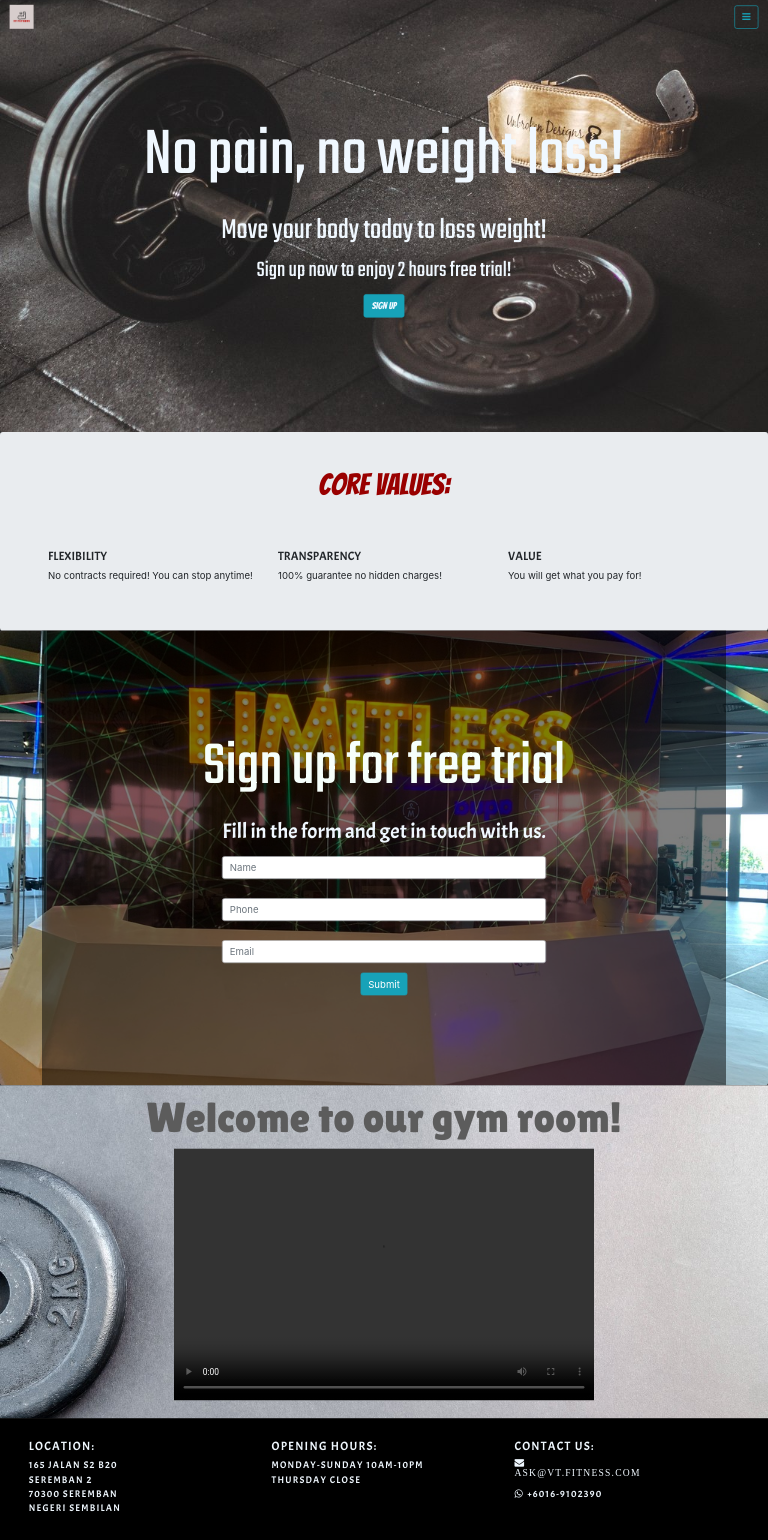
Repository: Code-Institute-Submissions/Project-One-6
Page: index.html
The author's editor kept a record of every edit. The page is drawn from the files as they stood at one moment, then again after the next edit.
The browser window is 1280 px wide. The pictures show the whole page, at 60% of full size.
Pictures or frames that could not be fetched are drawn as grey boxes. Some web libraries are served in a nearby version.

Above is the page before.

### index.html
<!DOCTYPE html>
<html lang="en">

<head>
    <meta charset="UTF-8">
    <meta name="viewport" content="width=device-width, initial-scale=1.0">
    <meta http-equiv="X-UA-Compatible" content="ie=edge">
    <link rel="stylesheet" href="https://stackpath.bootstrapcdn.com/bootstrap/4.3.1/css/bootstrap.min.css" type="text/css" />
    <script src="https://ajax.googleapis.com/ajax/libs/jquery/3.2.1/jquery.min.js"></script>
    <script src="https://cdnjs.cloudflare.com/ajax/libs/popper.js/1.12.6/umd/popper.min.js"></script>
    <script src="https://maxcdn.bootstrapcdn.com/bootstrap/4.0.0/js/bootstrap.min.js"></script>
    <link rel="stylesheet" href="https://stackpath.bootstrapcdn.com/font-awesome/4.7.0/css/font-awesome.min.css" type="text/css" />
    <link rel="stylesheet" href="https://cdnjs.cloudflare.com/ajax/libs/hover.css/2.3.1/css/hover.css" type="text/css" />
    <link rel="stylesheet" href="style.css" type="text/css" />
    <title>VT Fitness</title>
</head>

<body>
    <header>
        <nav class="navbar navbar-light fixed-top">
            <div>
                <img class="logo" src="images/logo.jpg" />
            </div>
            <div>
                    <button type="button" class="btn btn-outline-info" class="navbar-toggle" data-toggle="collapse" data-target="#mynavbar" aria-controls="mynavbar" aria-expanded="false" aria-label="Toggle navigation">
                    <span class="icon-bar"><i class="fa fa-bars"></i></span>
                    </button>
                </div>
                <div class="collapse navbar-collapse" id="mynavbar">
                    <ul class="nav navbar-nav mr-auto">
                        <li><a class="dropdown-item" href="index.html">Home</a></li>
                        <li><a class="dropdown-item" href="membership.html">Membership</a></li>
                        <li><a class="dropdown-item" href="classes.html">Classes</a></li>
                    </ul>
                </div>
            </div>
        </nav>
    </header>
    <section>
        <div class="jumbotron" id="workout">
            <div class="vertical-center">
                <p class="banner-slogan">No pain, no weight loss!</p>
                <p class="banner-title">Move your body today to loss weight!</p>
                <p class="banner-quote">Sign up now to enjoy 2 hours free trial!</p>
                <p><button class="btn btn-info"><a href="#signup">Sign Up</a></button></p>
            </div>
        </div>
    </section>
    <section class="jumbotron core-value">
        <div class="container-fluid">
            <p class="cv-title">Core Values:</p>
        </div>
        <div class="row">
            <div class="col-md-4">
                <h5>Flexibility</h5>
                <p>No contracts required! You can stop anytime!</p>
            </div>
            <div class="col-md-4">
                <h5>Transparency</h5>
                <p>100% guarantee no hidden charges!</p>
            </div>
            <div class="col-md-4">
                <h5>Value</h5>
                <p>You will get what you pay for!</p>
            </div>
        </div>
    </section>
    <section>
        <div class="jumbotron" id="signup">
            <div class="container signup-form">
                <div>
                    <p class="title">Sign up for free trial</p>
                    <p class="quote">Fill in the form and get in touch with us.</p>
                </div>
                <form class="row">
                    <div class="col-xs-12 col-md-6 offset-md-3 py-3">
                        <input type="text" class="form-control" id="exampleInputname" name="name" placeholder="Name" required>
                    </div>
                    <div class="col-xs-12 col-md-6 offset-md-3 py-3">
                        <input type="text" class="form-control" id="exampleInputphone" name="phone" placeholder="Phone" required>
                    </div>
                    <div class="col-xs-12 col-md-6 offset-md-3 py-3">
                        <input type="text" class="form-control" id="exampleInputemail" name="email" placeholder="Email">
                    </div>
                    <div class="col-xs-12 col-md-6 offset-md-3">
                        <input type="submit" value="Submit" class="btn btn-info">
                    </div>
                </form>
            </div>
        </div>
    </section>
    <section class="d-none d-md-block video">
        <div>
            <div>
                <p class="video-title">Welcome to our gym room!</p>
            </div>
            <div>
                <video style="display:block; margin: 0 auto; padding-bottom: 30px;" width="700" height="450" controls source src="images/VT-Fitness.mp4" type="video/mp4" />
            </div>
        </div>
    </section>
    <footer class="container-fluid px-5 py-4">
        <div class="row">
            <div id="footer-detail" class="col-sm-4 cap">
                <h5 class="inline-block">Location:</h5>
                <p>165 Jalan S2 B20
                    <br>Seremban 2
                    <br>70300 Seremban
                    <br>Negeri Sembilan</p>
            </div>
            <div id="footer-detail" class="col-sm-4 cap">
                <h5 class="inline-block">Opening Hours:</h5>
                <p>Monday-Sunday 10am-10pm
                    <br>Thursday Close
                </p>
            </div>
            <div id="footer-detail" class="col-sm-4 cap">
                <h5 class="inline-block">Contact Us:</h5>
                <ul class="list-inline social">
                    <li>
                        <i class="fa fa-envelope" aria-hidden="true">
                        <p>ask@vt.fitness.com</p>
                        </i>
                    </li>
                    <li>
                        <i class="fa fa-whatsapp" aria-hidden="true">
                        <span>+6016-9102390</span>
                        </i>
                    </li>
                </ul>
            </div>
        </div>
    </footer>
</body>

</html>

### style.css
@import url('https://fonts.googleapis.com/css?family=Acme|Bangers|Lilita+One|Pacifico|Teko&display=swap');

/*-------------------------------------Header------------------------------------*/

header {
    margin: 0;
}

body {
    background-color: #323232;
}

/*-------------------------------------Nav Bar------------------------------------*/

.logo {
    width: 40px;
    height: 40px;
    float: left;
}

.dropdown-item {
    text-align: center;
    font-family: "Acme", sans-serif;
    color: #0080fe;
    width: 140px;
    background-color: rgba(0, 0, 0, 0.2);
    float: right;
}

.dropdown-item:hover {
    text-decoration: none;
    color: #f0f8ff;
    width: 150px;
    background-color: rgba(0, 0, 0, 0.7);
    float: right;
}

/*-----------------------------------Home page-----------------------------------*/

#workout {
    background-attachment: scroll;
    background-image: url('images/Workout.jpg');
    background-position: center;
    background-size: cover;
    background-repeat: no-repeat;
    height: 100vh;
    width: 100vw;
    margin-bottom: 0px;
    z-index: -1;
    padding: 0;
}

.vertical-center {
    margin: 0;
    position: absolute;
    top: 50%;
    left: 50%;
    transform: translate(-50%, -50%);
}

.banner-slogan {
    font-family: "teko", sans-serif;
    color: #f0f8ff;
    margin: 0;
    text-align: center;
}

.banner-title {
    font-family: "teko", sans-serif;
    color: #f0f8ff;
    margin: 0;
    text-align: center;
}

.banner-quote {
    font-family: "teko", sans-serif;
    color: #f0f8ff;
    margin-bottom: 10px;
    text-align: center;
}

@media only screen and (max-width: 576px) {
    .banner-slogan {
        font-size: 40px;
        width: 300px;
    }
    .banner-title {
        font-size: 20px;
        width: 300px;
    }
    .banner-quote {
        font-size: 15px;
        width: 300px;
    }
}

@media only screen and (min-width: 577px) and (max-width: 768px) {
    .banner-slogan {
        font-size: 70px;
        width: 500px;
    }
    .banner-title {
        font-size: 30px;
        width: 500px;
    }
    .banner-quote {
        font-size: 25px;
        width: 500px;
    }
}

@media only screen and (min-width: 769px) and (max-width: 992px) {
    .banner-slogan {
        font-size: 95px;
        width: 700px;
    }
    .banner-title {
        font-size: 40px;
        width: 700px;
    }
    .banner-quote {
        font-size: 32px;
        width: 700px;
    }
}

@media only screen and (min-width: 993px) {
    .banner-slogan {
        font-size: 115px;
        width: 850px;
    }
    .banner-title {
        font-size: 50px;
        width: 850px;
    }
    .banner-quote {
        font-size: 38px;
        width: 850px;
    }
}

.btn {
    margin: 0 auto;
    display: block;
}

.btn>a {
    font-family: "Bangers", sans-serif;
    color: #f0f8ff;
    text-transform: uppercase;
}

.btn>a:hover {
    text-decoration: none;
    color: #000000;
}

/*------------------------------------Core Value----------------------------------*/

h5 {
    text-transform: uppercase;
    font-family: "Acme", sans-serif;
}

.cv-title {
    text-align: center;
    font-family: "Bangers", sans-serif;
    color: #990000;
    font-size: 50px;
    margin-bottom: 70px;
    margin-top: 0;
}

.core-value {
    margin: 0;
    padding-top: 50px;
    padding-left: 80px;
    padding-right: 80px;
}

/*------------------------------------Sign Up------------------------------------*/

#signup {
    background-image: url('images/counter.jpg');
    background-size: cover;
    background-attachment: scroll;
    background-repeat: no-repeat;
    background-position: center;
    z-index: -1;
    margin: 0;
    padding: 0;
}

.signup-form {
    padding-top: 150px;
    padding-bottom: 150px;
    background-color: rgba(0, 0, 0, 0.5);
}

.title {
    font-family: "teko", sans-serif;
    color: #f6fffb;
    margin: 0 auto;
    text-align: center;
}

.quote {
    font-family: "Acme", sans-serif;
    color: #f0f8ff;
    text-align: center;
    margin: 0 auto;
}

@media only screen and (max-width: 576px) {
    .title {
        font-size: 50px;
        width: 300px;
    }
    .quote {
        font-size: 15px;
        width: 300px;
    }
}

@media only screen and (min-width: 577px) and (max-width: 768px) {
    .title {
        font-size: 70px;
        width: 500px;
    }
    .quote {
        font-size: 20px;
        width: 500px;
    }
}

@media only screen and (min-width: 769px) and (max-width: 992px) {
    .title {
        font-size: 90px;
        width: 700px;
    }
    .quote {
        font-size: 30px;
        width: 700px;
    }
}

@media only screen and (min-width: 993px) {
    .title {
        font-size: 105px;
        width: 850px;
    }
    .quote {
        font-size: 35px;
        width: 850px;
    }
}

/*-------------------------------------Video------------------------------------*/

.video {
    text-align: center;
    background-image: url('images/gym.jpg');
}

.video-title {
    font-family: "Lilita One", sans-serif;
    color: #5c5c5c;
    margin-bottom: 0px;
}

@media only screen and (min-width: 768px) and (max-width: 992px) {
    .video-title {
        font-size: 45px;
    }
}

@media only screen and (min-width: 993px) {
    .video-title {
        font-size: 70px;
    }
}

/*-------------------------------------Footer------------------------------------*/

footer {
    background-color: #000000;
    color: #f0f8ff;
    bottom: 0;
}

#footer-detail {
    font-size: 16px;
    font-weight: 100;
    font-family: "Acme", sans-serif;
    letter-spacing: 2px;
    color: #f0f8ff;
    margin-top: 10px;
}

.cap {
    text-transform: uppercase;
}

span {
    font-family: "Acme", sans-serif;
    font-size: 16px;
    font-weight: 100;
}

/*----------------------------------Membership----------------------------------*/

#membership {
    background-attachment: scroll;
    background-image: url('images/membership.jpg');
    background-position: center;
    background-size: cover;
    background-repeat: no-repeat;
    height: 100vh;
    width: 100vw;
    margin-bottom: 0px;
    z-index: -1;
}

.membership-title {
    font-family: "teko", sans-serif;
    color: #f0f8ff;
    text-align: center;
    margin: 0;
}

.membership-quote {
    font-family: "teko", sans-serif;
    color: #f0f8ff;
    text-align: center;
    margin: 0;
}

.package {
    margin-top: 40px;
    margin-bottom: 80px;
    text-align: center;
}

.slogan {
    font-family: "teko", sans-serif;
    color: #f6fffb;
    padding: 0;
    margin: 0;
}

.card-header {
    background-color: #ffffff;
    border-top: 5px solid #ba55d3;
    font-family: "acme", sans-serif;
    font-size: 25px;
    color: #7d1b7e;
}

.card-body {
    background-color: #e6e6fa;
}

.card-text {
    font-family: "acme", sans-serif;
    color: #1034a6;
    text-align: center;
}

.card-footer {
    background-color: #ffffff;
    font-family: "acme", sans-serif;
    font-size: 25px;
    color: #7d1b7e;
    padding: 5;
}

.slogan-text {
    font-family: "teko", sans-serif;
    font-size: 30px;
    color: #f6fffb;

}

@media only screen and (max-width: 576px) {
    .membership-title {
        font-size: 50px;
    }
    .membership-quote {
        font-size: 20px;
    }
    .slogan {
        font-size: 50px;
    }
    .slogan-text {
        font-size: 20px;
    }
    .card-footer {
        margin-bottom: 20px;
    }
}

@media only screen and (min-width: 577px) and (max-width: 768px) {
    .membership-title {
        font-size: 80px;
    }
    .membership-quote {
        font-size: 25px;
    }
    .slogan {
        font-size: 65px;
    }
    .slogan-text {
        font-size: 25px;
    }
    .card-footer {
        margin-bottom: 20px;
    }
}

@media only screen and (min-width: 769px) and (max-width: 992px) {
    .membership-title {
        font-size: 110px;
    }
    .membership-quote {
        font-size: 30px;
    }
    .slogan {
        font-size: 85px;
    }
    .slogan-text {
        font-size: 30px;
    }
}

@media only screen and (min-width: 993px) {
    .membership-title {
        font-size: 130px;
    }
    .membership-quote {
        font-size: 35px;
    }
    .slogan {
        font-size: 100px;
    }
    .slogan-text {
        font-size: 30px;
    }
}



/*----------------------------------Classes----------------------------------*/

#classes {
    background-attachment: scroll;
    background-image: url('images/class.jpg');
    background-position: center;
    background-size: cover;
    background-repeat: no-repeat;
    z-index: -1;
    padding: 0;
    margin: 0;
}

.schedule {
    padding-top: 150px;
    padding-bottom: 200px;
    background-color: rgba(0,0,0,0.4);
}

.card-body-class {
    background-color: #e6e6fa;
    margin-top: 50px;
    margin-bottom: 50px;
    border-radius: 5px;
    border-bottom: 5px solid #ba55d3;
}

.card-title {
    font-family: "acme", sans-serif;
    font-size: 35px;
    color: #7d1b7e;
    padding-left: 10px;
}

.text {
    font-family: "acme", sans-serif;
    font-size: 23px;
    color: #1034a6;
    padding-left: 10px;
}

@media only screen and (max-width: 576px) {
    .card-body-class {
        margin-top: 20px;
        margin-bottom: 20px;
    }
    .text {
    font-size: 18px;
    }
}

@media only screen and (min-width: 577px) and (max-width: 768px) {
    .card-body-class {
        margin-top: 20px;
        margin-bottom: 20px;
    }
    .text {
    font-size: 18px;
    }
}

After the next edit:
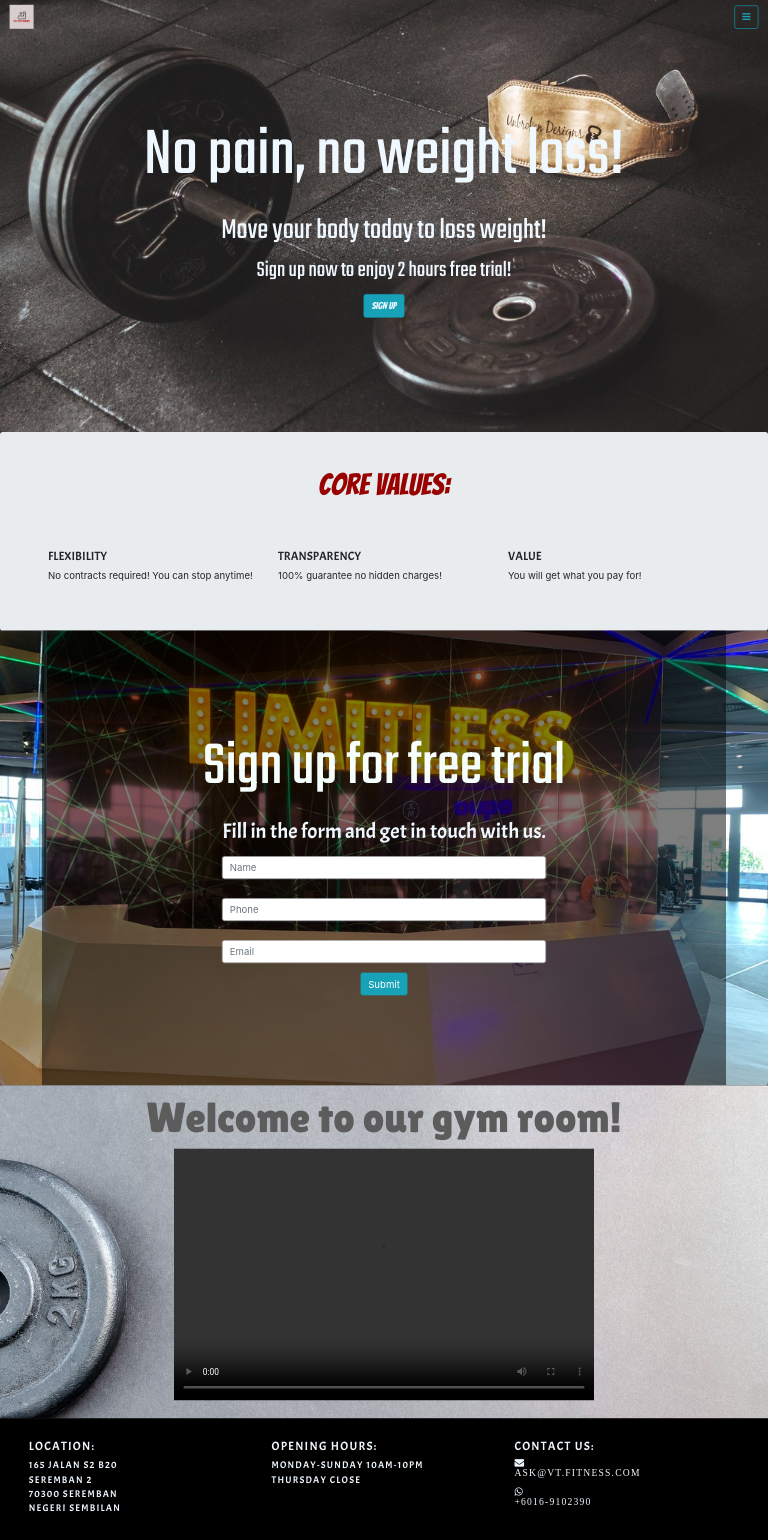
The edit:
--- a/index.html
+++ b/index.html
@@ -124,7 +124,7 @@
                     </li>
                     <li>
                         <i class="fa fa-whatsapp" aria-hidden="true">
-                        <span>+6016-9102390</span>
+                        <p>+6016-9102390</p>
                         </i>
                     </li>
                 </ul>
